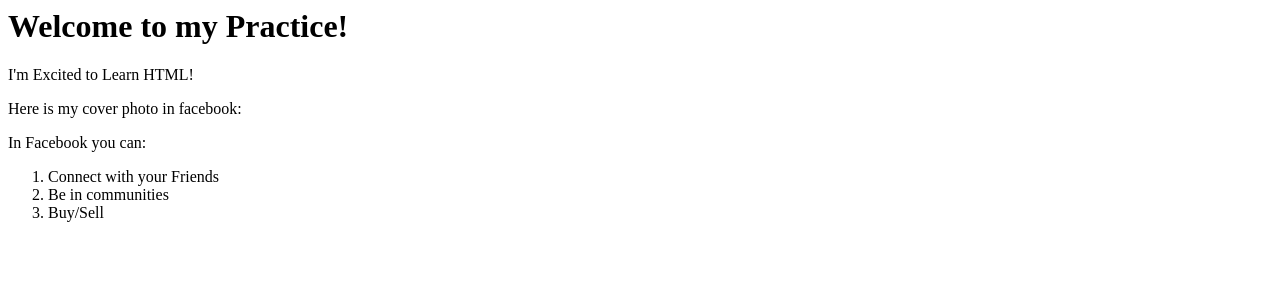
Repository: MonwarAdeeb/Bista_Solutions
Page: HTML & CSS/HTML/Level One/005. Assessment.html
These files come from the project's save history. The page is drawn as it stood at one moment and after the next save; the edit follows.
The browser window is 1280 px wide. The pictures show the whole page.

Above is the page before, as saved 2021-05-19 15:22:39.

### HTML & CSS/HTML/Level One/005. Assessment.html
<html lang="en">
<head>
    <meta charset="UTF-8">
    <meta http-equiv="X-UA-Compatible" content="IE=edge">
    <meta name="viewport" content="width=device-width, initial-scale=1.0">
    <title>Assessment</title>
</head>
<body>
    <h1>Welcome to my Practice!</h1>

    <p>I'm Excited to Learn HTML!</p>

    <a href="https://www.facebook.com"></a>

    <p>Here is my cover photo in facebook:</p>

    <p>In Facebook you can:</p>
    <ol>
        <li>Connect with your Friends</li>
        <li>Be in communities</li>
        <li>Buy/Sell</li>
    </ol>
</body>
</html>

After the next save:
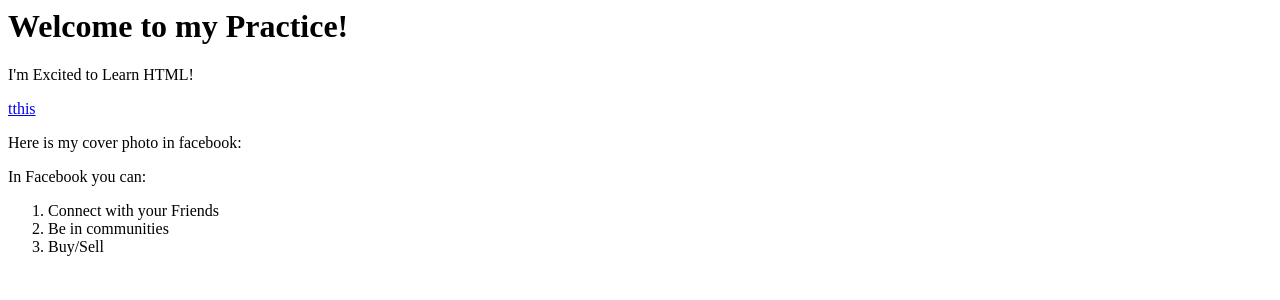
Saved 9 s later.
--- a/HTML & CSS/HTML/Level One/005. Assessment.html
+++ b/HTML & CSS/HTML/Level One/005. Assessment.html
@@ -10,7 +10,8 @@
 
     <p>I'm Excited to Learn HTML!</p>
 
-    <a href="https://www.facebook.com"></a>
+    <a href="https://www.facebook.com">
+    tthis</a>
 
     <p>Here is my cover photo in facebook:</p>
 
